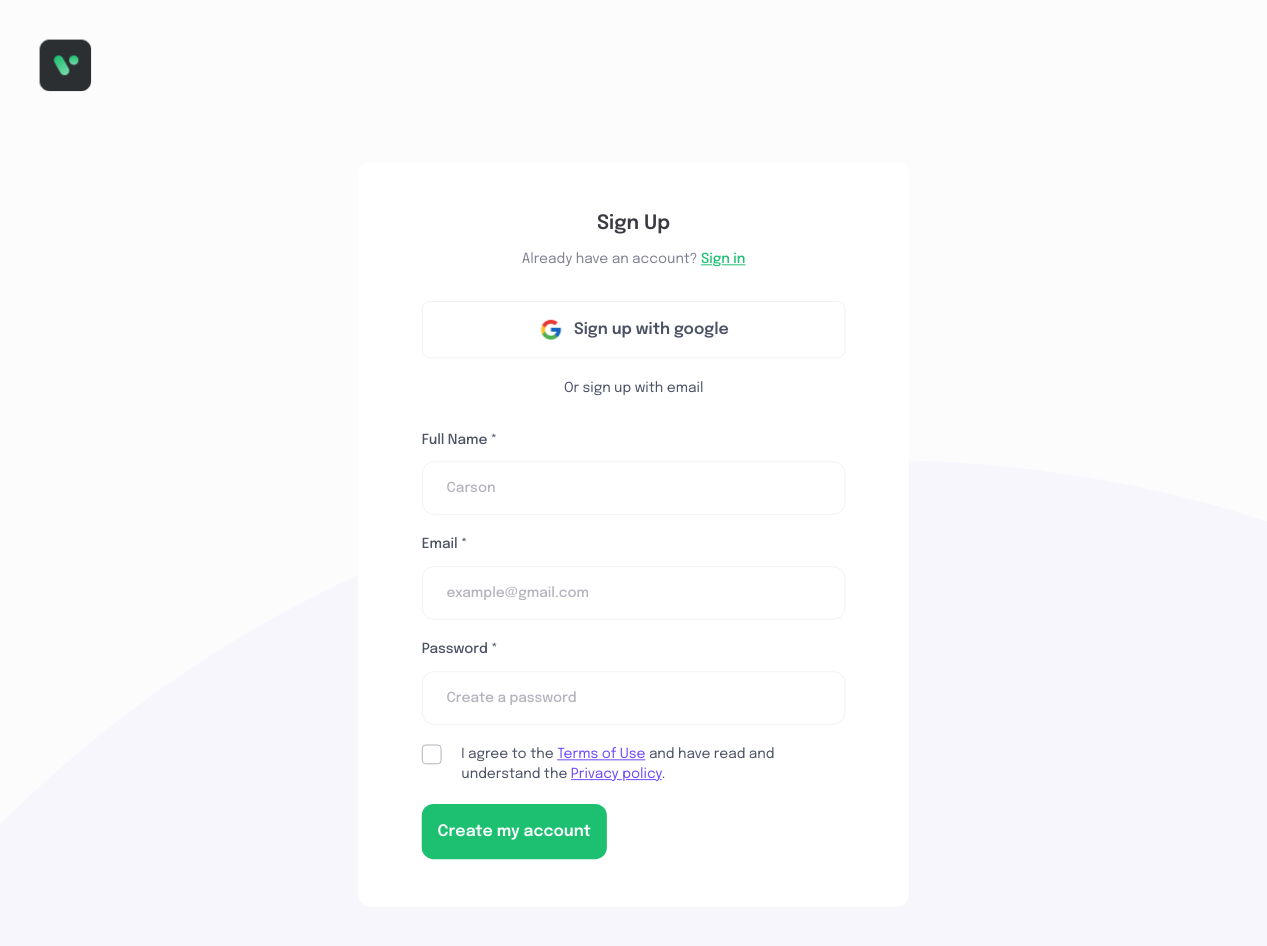
Repository: CarsonDev1/Crowfunding
Page: /sign-up
The author's editor kept a copy of each file at every save. The page is drawn from the files as they stood at one save, then again after the next save.
The browser window is 1280 px wide. The pictures show the whole page, at 99% of full size.
The project was rebuilt for these pictures with package versions that can differ from the ones it lists, and the page was loaded fresh each time. Also part of the build but not shown: src/components/common/ErrorComponent.jsx, src/pages/SignIn.jsx.

Above is the page before, as saved 2023-04-07 11:44:19.

After the next save:
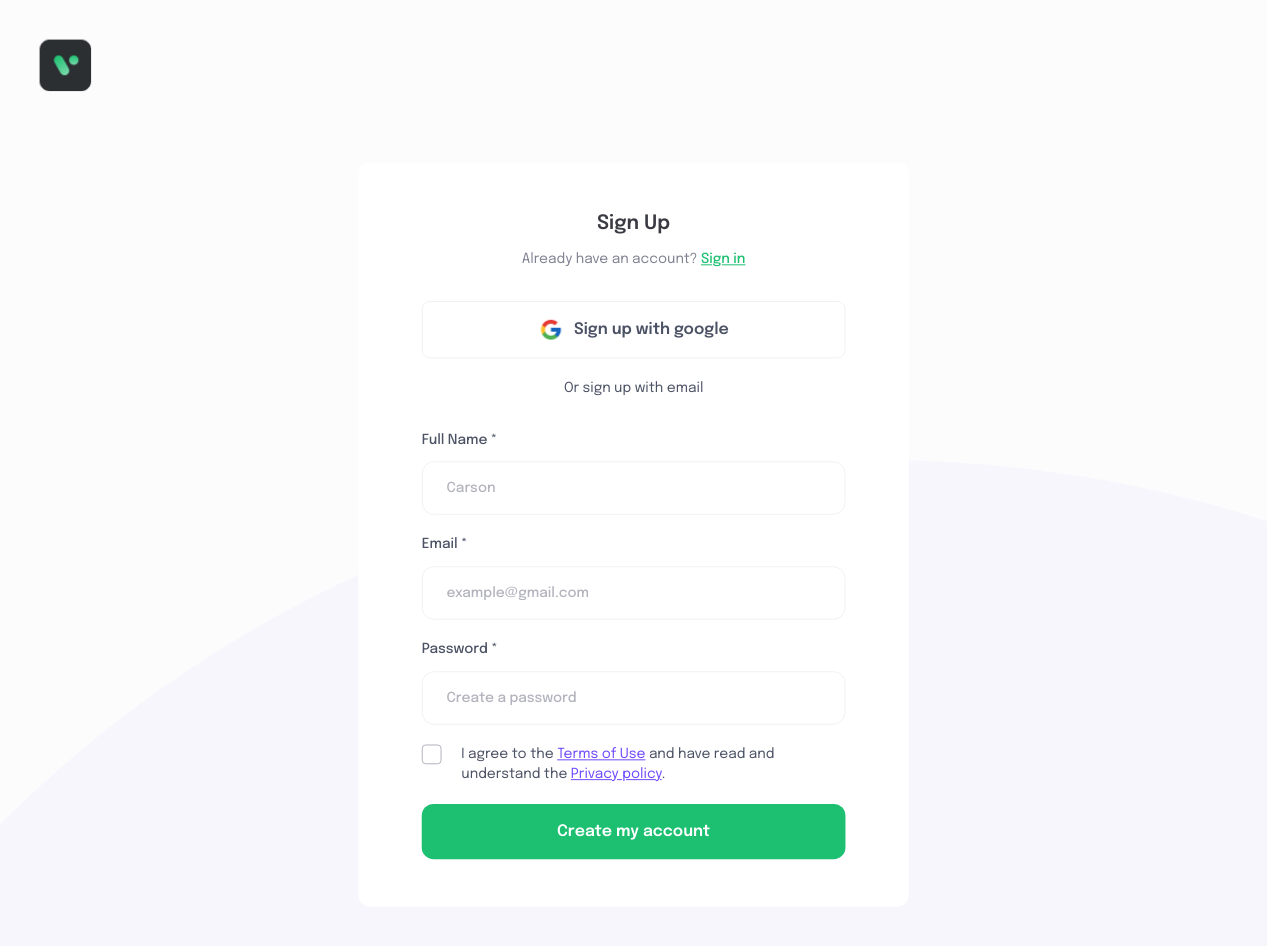
Saved 12 s later.
--- a/src/pages/SignUp.jsx
+++ b/src/pages/SignUp.jsx
@@ -47,7 +47,7 @@ function SignUp() {
 						understand the <span className="underline text-secondary">Privacy policy</span>.
 					</p>
 				</div>
-				<Button className="bg-primary">Create my account</Button>
+				<Button className="w-full bg-primary">Create my account</Button>
 			</form>
 		</LayoutAuthentication>
 	);
